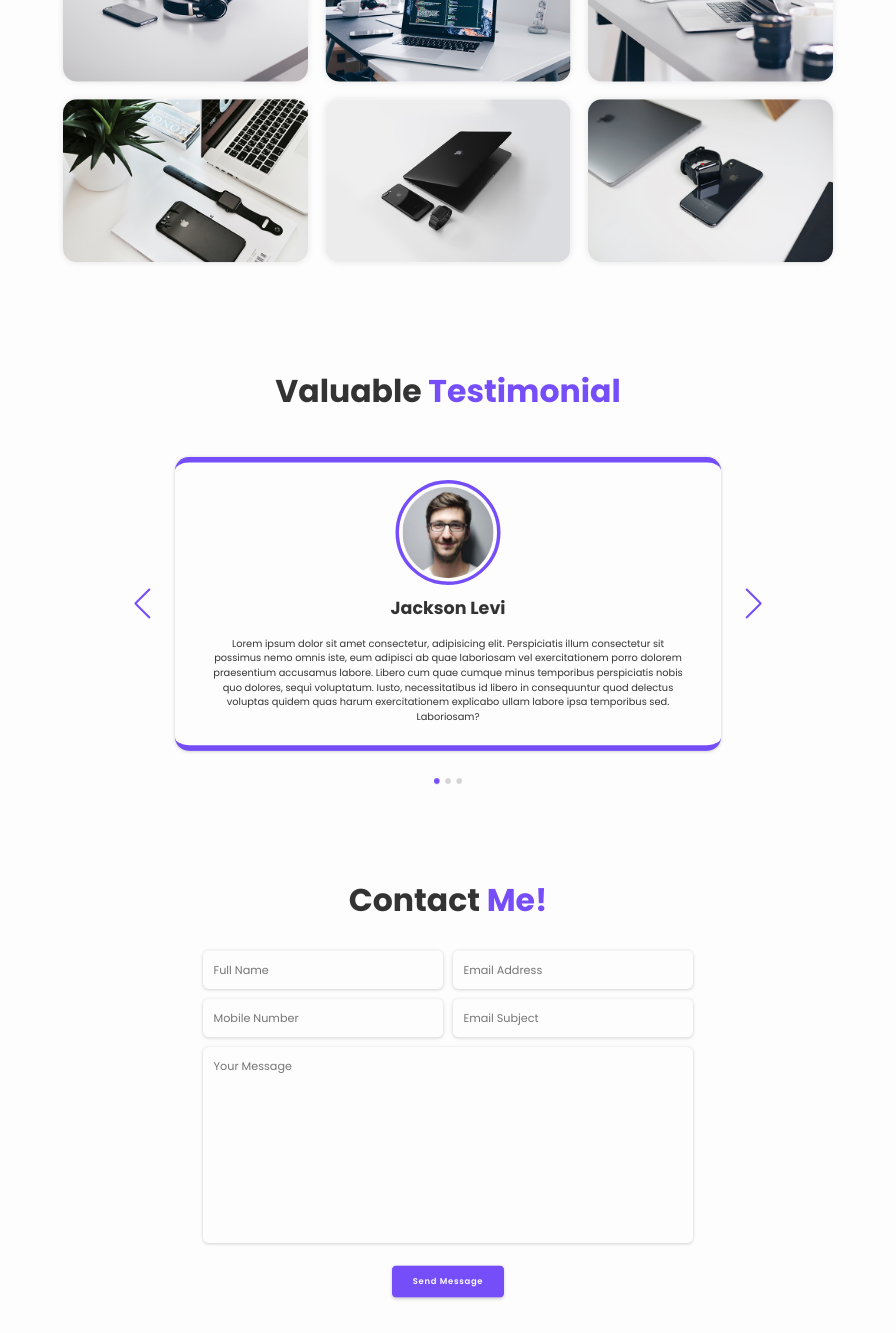
Repository: Gabi-Augusto/Portfolio
Page: index.html
An editor plug-in stored every save of this project. The page is shown before and after the next save, followed by the edit.
The browser window is 1280 px wide. The pictures show the part of the page from y = 2434 to 4354 px (the page is 4338 px tall before and 4354 px after), at 70% of full size.

Above is the page before, as saved 2023-11-29 21:02:34.

After the next save:
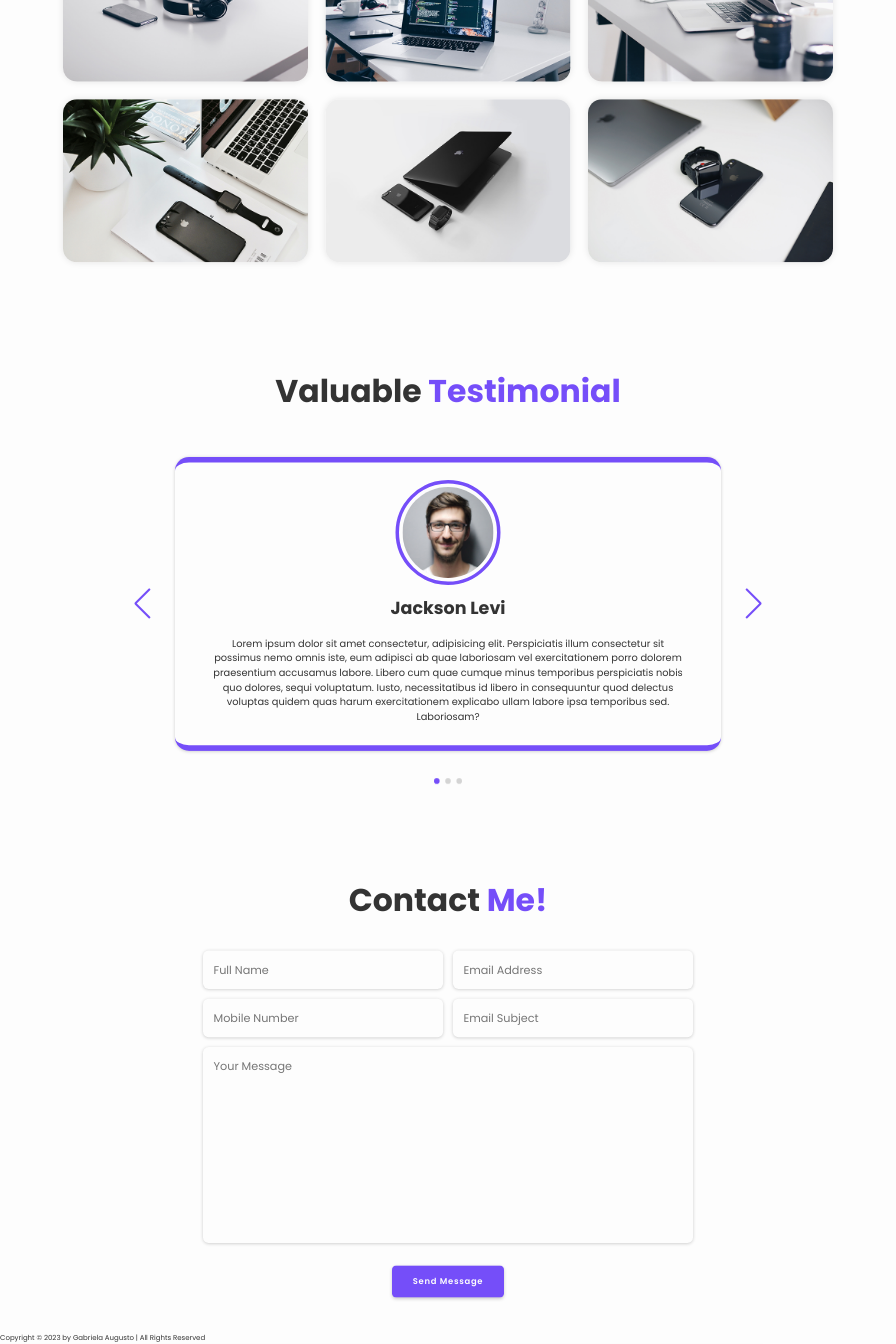
Saved 3 min 50 s later.
--- a/index.html
+++ b/index.html
@@ -246,6 +246,16 @@
 
     <!-- footer design -->
 
+    <footer class="footer">
+        <div class="footer-text">
+            <p>Copyright &copy; 2023 by Gabriela Augusto | All Rights Reserved</p>
+        </div>
+
+        <div class="footer-iconTop">
+            <a href="#home"></a>
+        </div>
+    </footer>
+
 
     <!-- scroll reveal -->
     <script src="https://unpkg.com/scrollreveal"></script>
